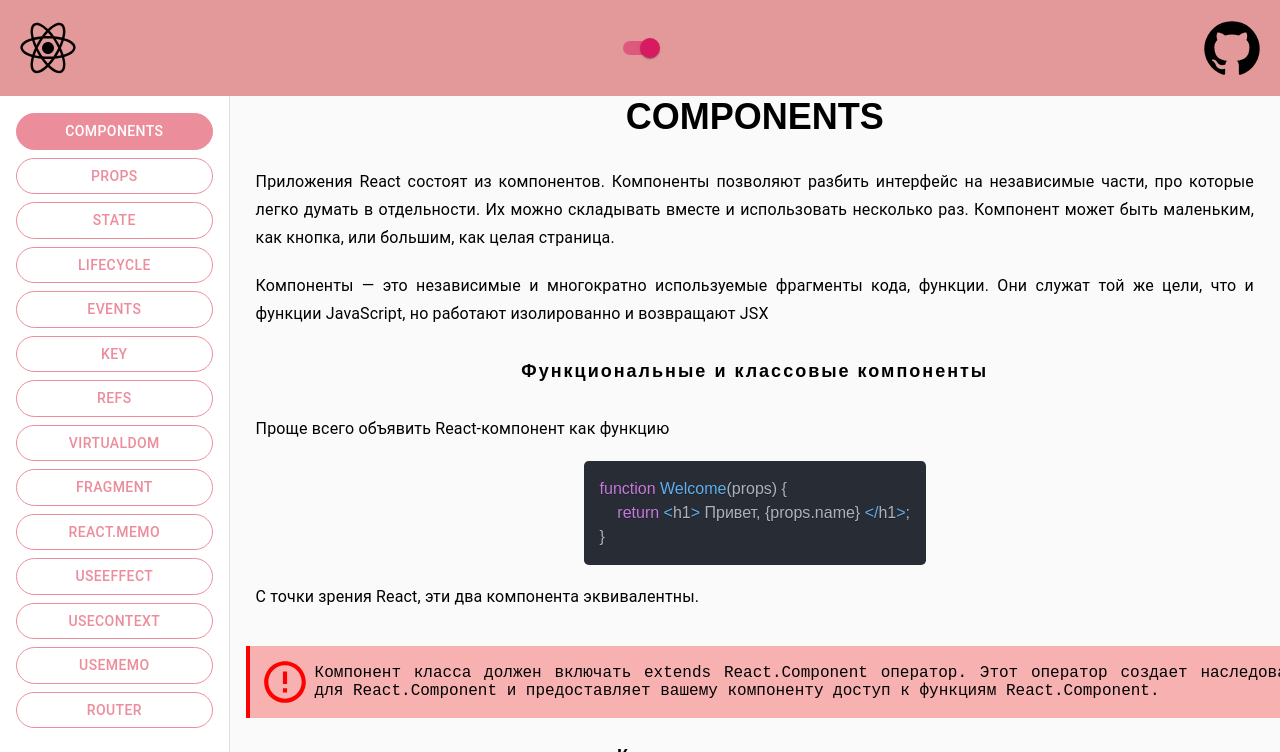
Repository: savannaaaas/reactDocumentation
Page: /topic/components
An editor plug-in stored every save of this project. The page is shown before and after the next save, followed by the edit.
The browser window is 1280 px wide. The pictures show the whole page.
An inner scrolling area shows only its first screen. The project was rebuilt for these pictures with package versions that can differ from the ones it lists, and the page was loaded fresh each time. Also part of the build but not shown: vite.config.js, src/pages/welcomePage/WelcomeButton/WelcomeButton.jsx, src/pages/welcomePage/Content/ContentWelcome.jsx, src/pages/welcomePage/WelcomePage.jsx, src/data/data.js, src/components/CustomTypography/CustomTypography.jsx.

Above is the page before, as saved 2025-07-31 21:21:13.

After the next save:
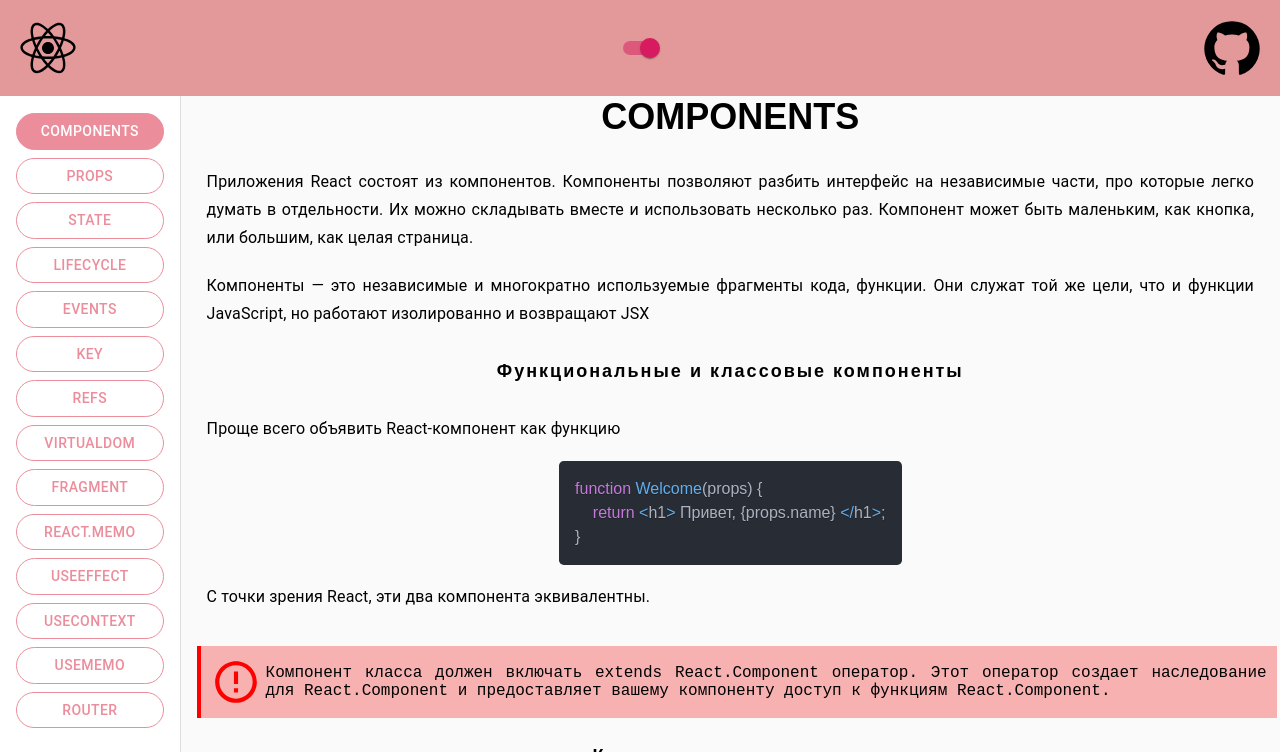
Saved 5 s later.
--- a/src/pages/topicPage/TopicPage.jsx
+++ b/src/pages/topicPage/TopicPage.jsx
@@ -32,7 +32,7 @@
       >
         <Grid
           sx={{
-            width: hasContent ? "80vh" : "30vh",
+            width: hasContent ? "60vh" : "30vh",
             borderRight: "1px solid #ddd",
             overflowY: "auto",
             position: "sticky",
